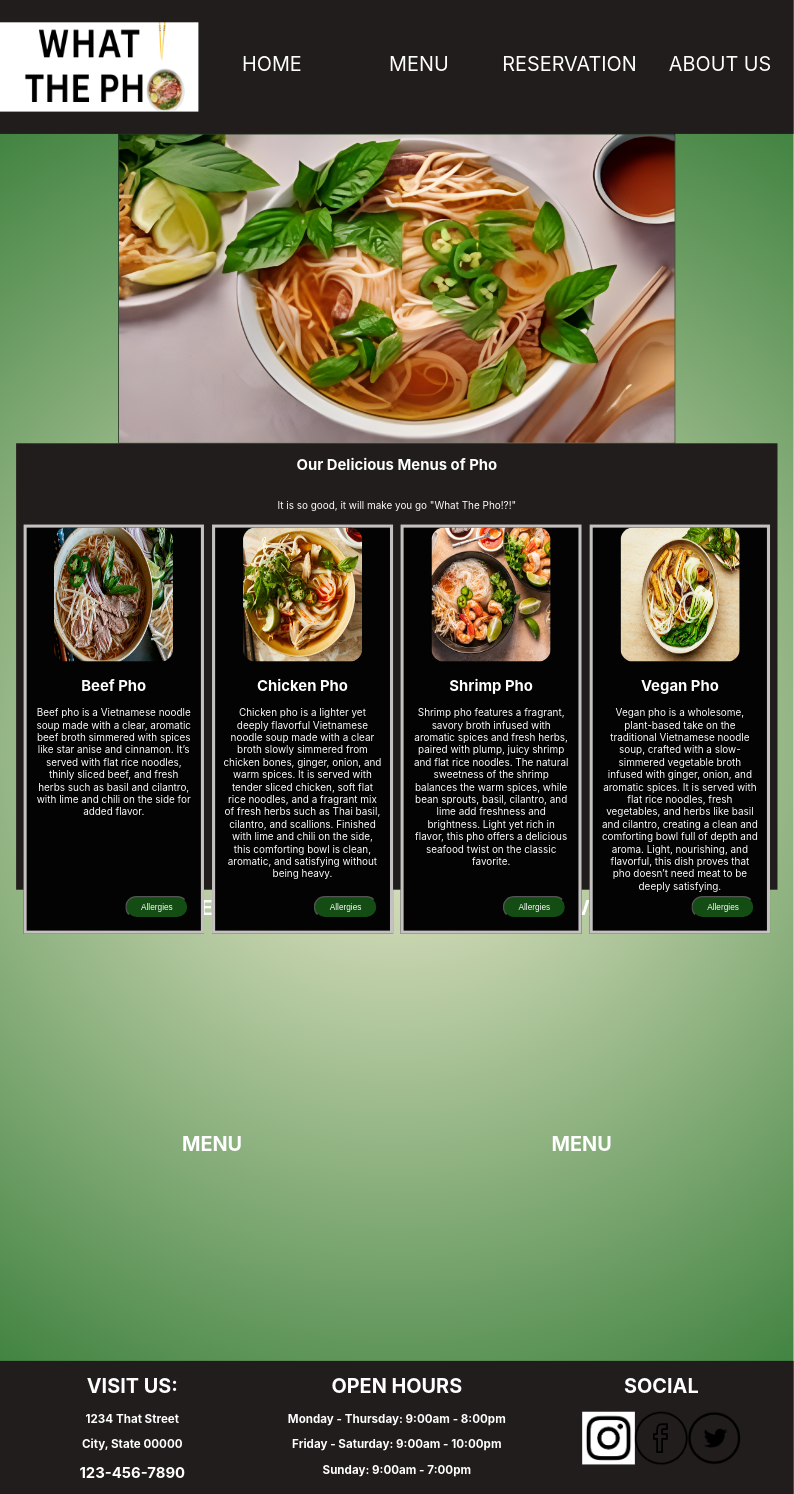
Repository: NguyenkhDang/Restaurant-Website
Page: /
The author's editor kept a copy of each file at every save. The page is drawn from the files as they stood at one save, then again after the next save.
The browser window is 1280 px wide. The pictures show the whole page, at 62% of full size.
The project was rebuilt for these pictures with package versions that can differ from the ones it lists, and the page was loaded fresh each time.

Above is the page before, as saved 2026-01-16 18:32:10.

After the next save:
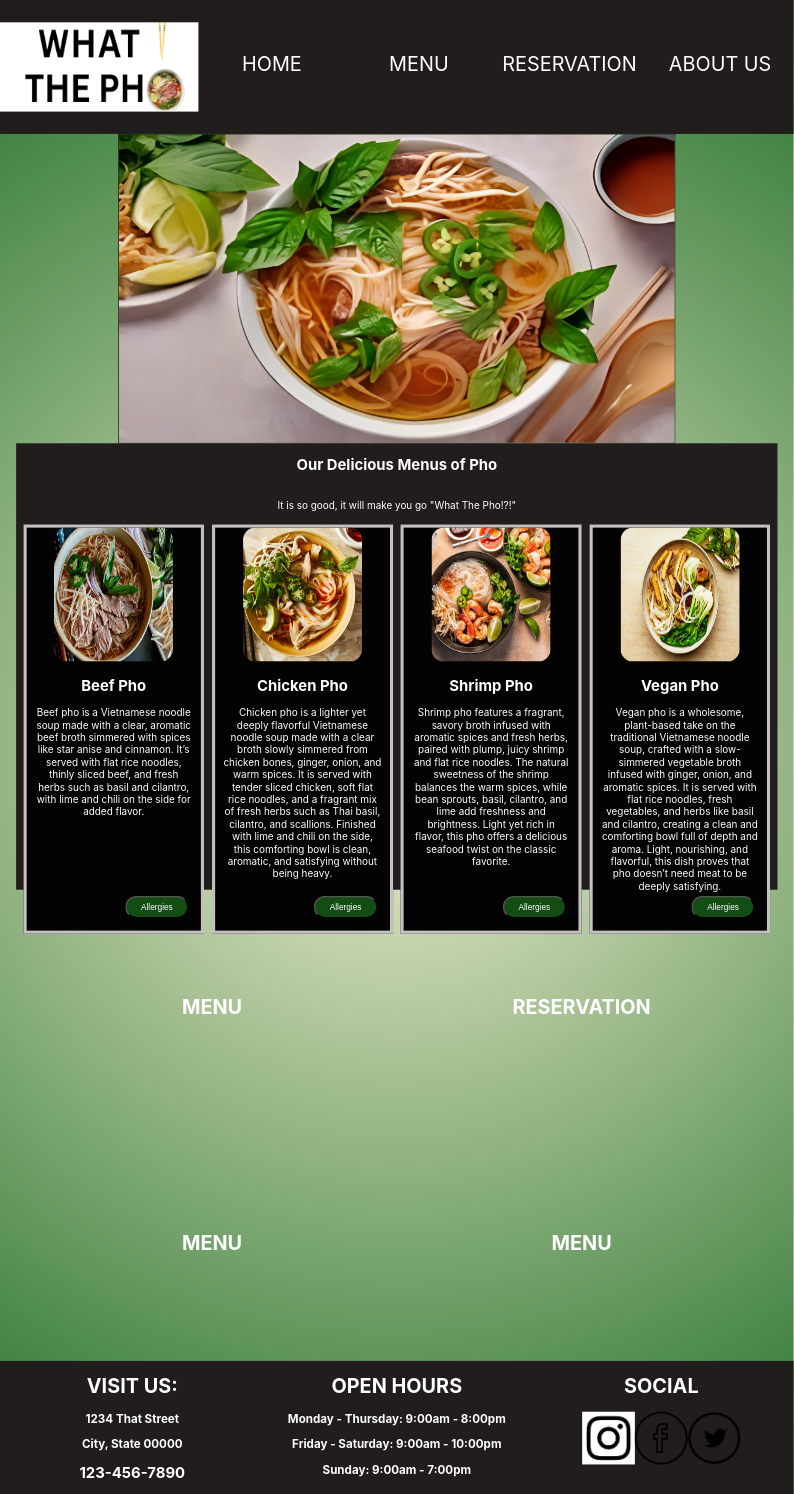
Saved 7 min 30 s later.
--- a/src/CSS/SectionContainer.css
+++ b/src/CSS/SectionContainer.css
@@ -5,6 +5,9 @@
 }
 
 .containerMain div{
+  display: flex;
+  justify-content: center; /* horizontal */
+  align-items: center;     /* vertical */
   text-align: center;
   width: 45vw;
   height: 50vh;
